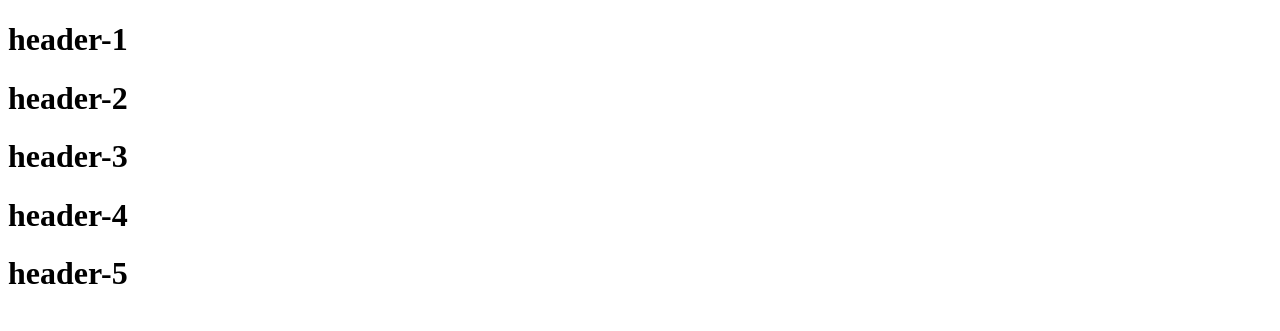
Repository: KYJIN1024/kic_jquery
Page: http://localhost/JQueryEx01/jquery29.jsp
The author's editor kept a copy of each file at every save. The page is drawn from the files as they stood at one save, then again after the next save.
The browser window is 1280 px wide. The pictures show the whole page.
The page is served by Tomcat 9.

Above is the page before, as saved 2023-05-16 00:32:55.
Console error: SyntaxError: Unexpected string

After the next save:
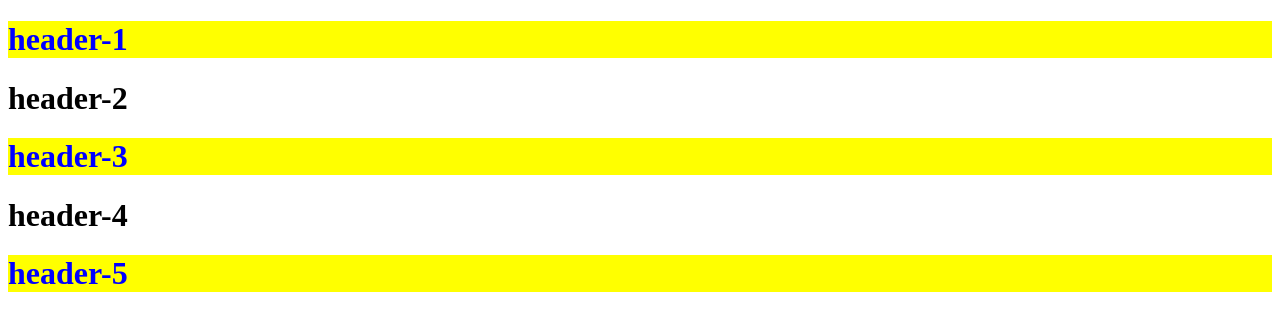
The error is gone.
Saved 29 s later.
--- a/JQueryEx01/src/main/webapp/jquery29.jsp
+++ b/JQueryEx01/src/main/webapp/jquery29.jsp
@@ -12,7 +12,7 @@
 	$( document ).ready( function() {
 		//$('h1:even').css('color','red');
 		$( 'h1' ).filter( ':even' ).css({
-			'color','blue'
+			color:'blue',
 			backgroundColor:'yellow'
 		});
 	});
